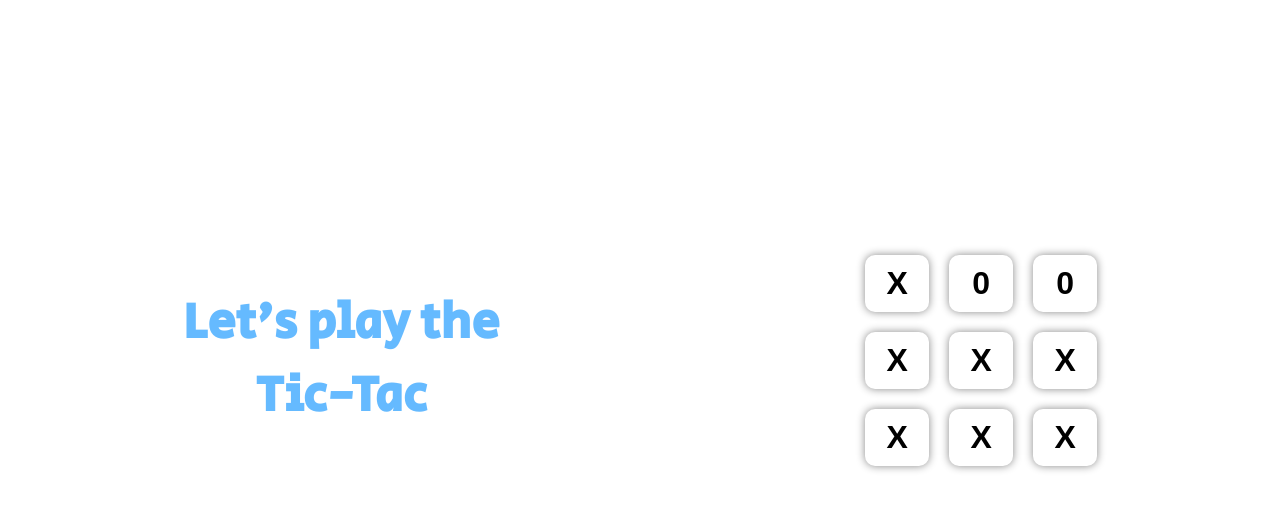
Repository: evergreenx/tic-tac
Page: /
The author's editor kept a copy of each file at every save. The page is drawn from the files as they stood at one save, then again after the next save.
The browser window is 1280 px wide. The pictures show the whole page.
The project was rebuilt for these pictures with package versions that can differ from the ones it lists, and the page was loaded fresh each time.

Above is the page before, as saved 2022-04-20 19:56:05.

After the next save:
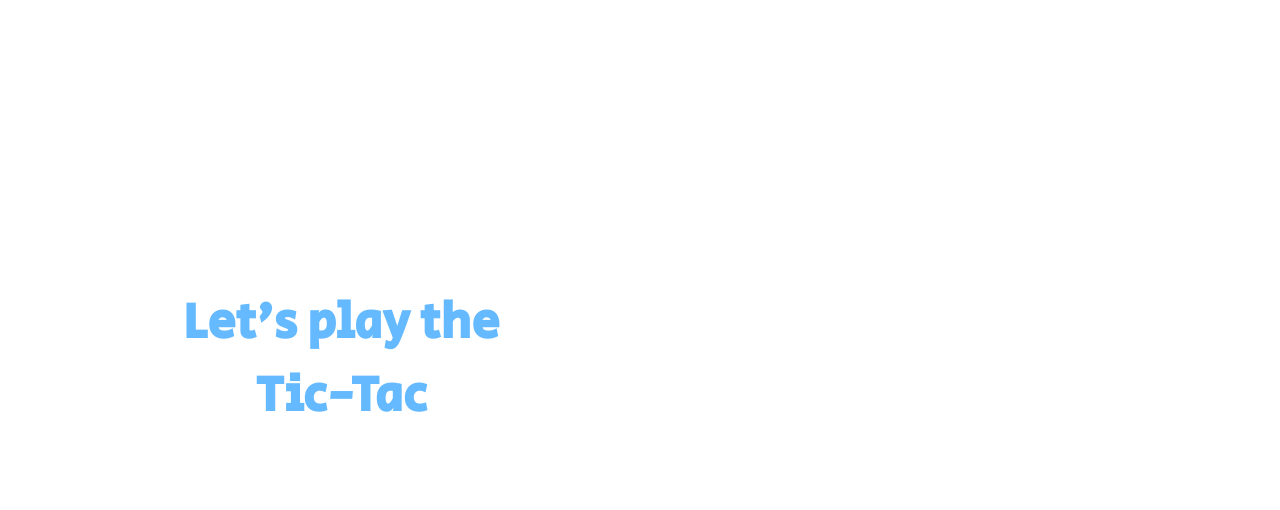
Saved 7 s later.
--- a/src/components/Board/Index.js
+++ b/src/components/Board/Index.js
@@ -11,18 +11,7 @@ function Index() {
     ]);
   return (
     <div className="board">
-      <button>X</button>
 
-      <button>0</button>
-
-      <button>0</button>
-
-      <button>X</button>
-      <button>X</button>
-      <button>X</button>
-      <button>X</button>
-      <button>X</button>
-      <button>X</button>
     </div>
   );
 }
